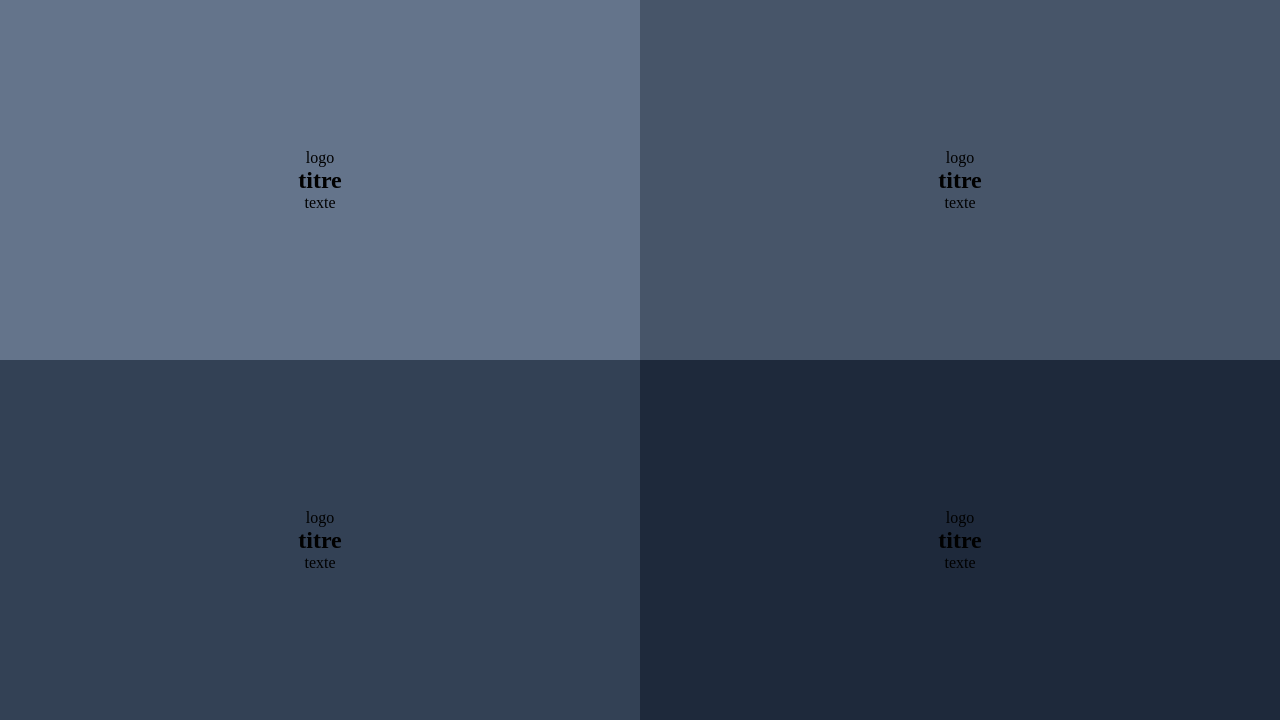
Repository: AriyiiA/ariyiia.github.io
Page: contact.html
These files come from the project's save history. The page is drawn as it stood at one moment and after the next save; the edit follows.
The browser window is 1280 px wide. The pictures show the whole page.
Some web libraries are served in a nearby version.

Above is the page before, as saved 2023-03-10 12:10:25.

### contact.html
<!DOCTYPE html>
<html lang="fr">
<head>
    <meta charset="UTF-8">
    <meta http-equiv="X-UA-Compatible" content="IE=edge">
    <meta name="viewport" content="width=device-width, initial-scale=1.0">
    <script src="https://kit.fontawesome.com/7423b0aaa5.js" crossorigin="anonymous"></script>
    <link rel="stylesheet" href="/src/contact.css">
    <title>Le portfolio de Sévan</title>
</head>
<body>
    <div class="container">
        <div class="box1">
            <span>logo</span>
            <h2>titre</h2>
            <p>texte</p>
        </div>
        <div class="box2">
            <span>logo</span>
            <h2>titre</h2>
            <p>texte</p>
        </div>
        <div class="box3">
            <span>logo</span>
            <h2>titre</h2>
            <p>texte</p>
        </div>
        <div class="box4">
            <span>logo</span>
            <h2>titre</h2>
            <p>texte</p>
        </div>
    </div>
    <!-- <div id="back" onclick="history.back()"></div>
    <div class="socialmedia">
    <a href="mailto:sevan.gardes@live.fr"><i class="fa-solid fa-envelope"></i></a>
    <a href="tel:0684726861"><i class="fa-solid fa-phone"></i></a>
    <a href="https://twitter.com/sevan_gardes"><i class="fa-brands fa-twitter"></i></a>
    <a href="https://www.facebook.com/habsbourg.dvdbbddb"><i class="fa-brands fa-facebook-f"></i></a>
    <a href="https://www.linkedin.com/in/s%C3%A9van-gardes-9a0474243/"><i class="fa-brands fa-linkedin-in"></i></a>
    <a href="https://www.instagram.com/sevan_gardes/"><i class="fa-brands fa-instagram"></i></a>
    </div> -->
    <script src="src/app.js"></script>
</body>
</html>

### src/contact.css
*
{
    margin: 0;
    padding: 0;
}
.container
{
    display: grid;
    grid-template-columns: repeat(2, 1fr);
    grid-template-rows: repeat(2, 1fr);
    grid-column-gap: 0px;
    grid-row-gap: 0px;
    height: 100vh;
}
.box1
{
    display: flex;
    flex-direction: column;
    justify-content: center;
    align-items: center;
    background-color: #64748b;
}
.box2
{
    display: flex;
    flex-direction: column;
    justify-content: center;
    align-items: center;
    background-color: #475569;
}
.box3
{
    display: flex;
    flex-direction: column;
    justify-content: center;
    align-items: center;
    background-color: #334155;
}
.box4
{
    display: flex;
    flex-direction: column;
    justify-content: center;
    align-items: center;
    background-color: #1e293b;
}

Loaded but not shown: src/app.js (no stored copy; drawn as an empty file)

After the next save:
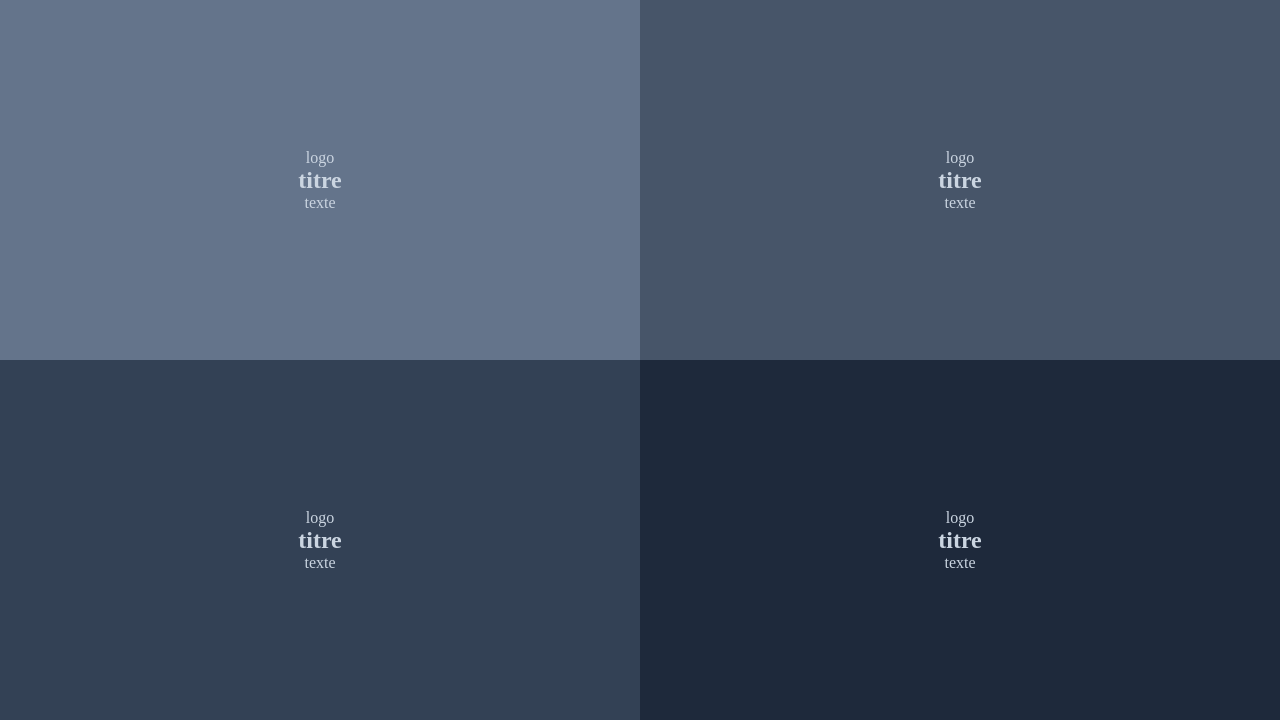
Saved 24 s later.
--- a/src/contact.css
+++ b/src/contact.css
@@ -11,6 +11,7 @@
     grid-column-gap: 0px;
     grid-row-gap: 0px;
     height: 100vh;
+    color: #cbd5e1;
 }
 .box1
 {
